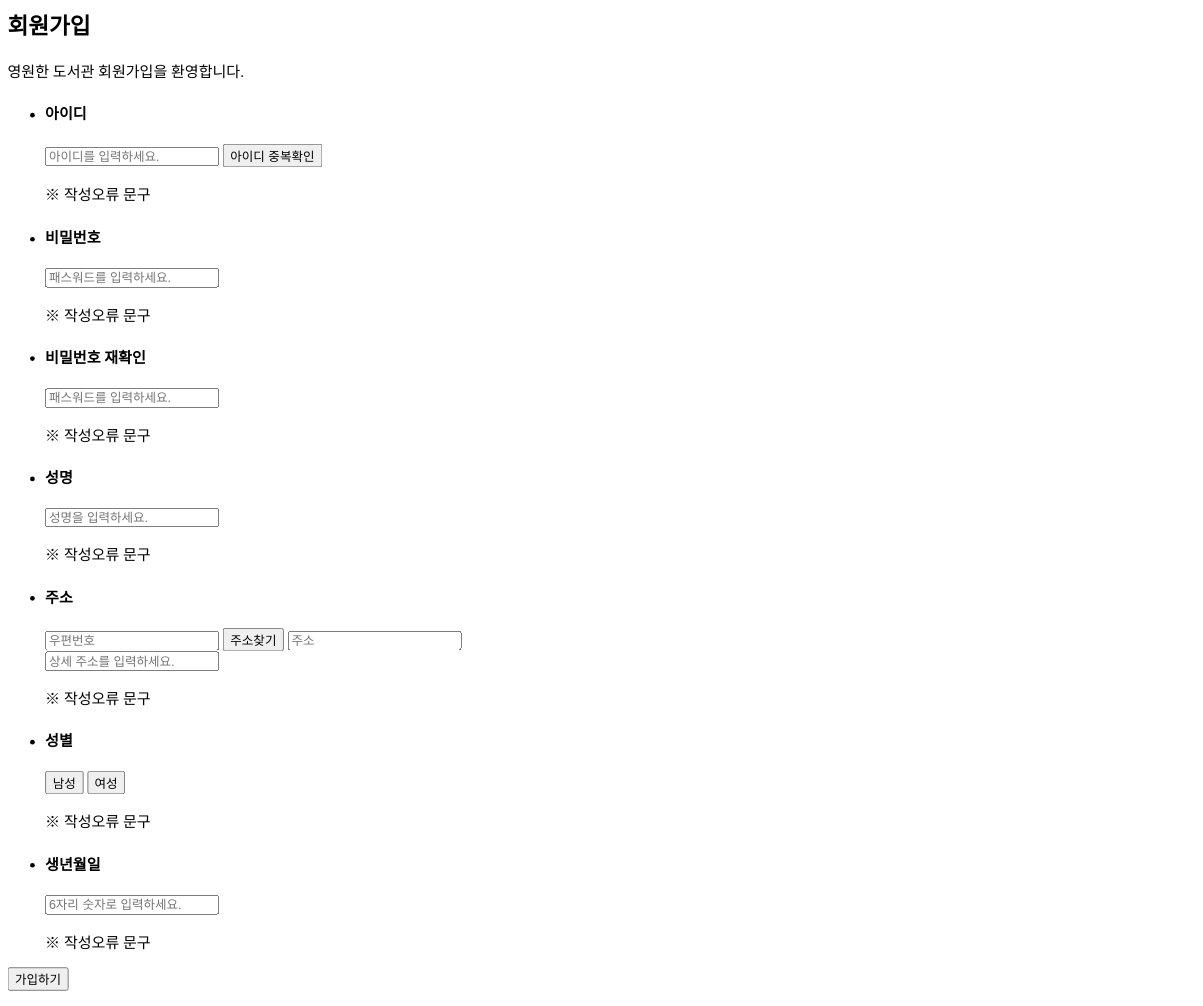
Repository: PacJ/spring_project
Page: http://localhost/spring_project/WEB-INF/views/user/signup.jsp
These files come from the project's save history. The page is drawn as it stood at one moment and after the next save; the edit follows.
The browser window is 1280 px wide. The pictures show the whole page, at 94% of full size.
The page is served by Tomcat 9. Nobody is signed in. Other server files are loaded and not shown. The template is opened directly, without the code that normally fills it, so the values that code supplies are empty.

Above is the page before, as saved 2023-03-08 05:21:22.
Console error: ReferenceError: $ is not defined

### spring_project/src/main/webapp/WEB-INF/views/user/signup.jsp
<%@ page language="java" contentType="text/html; charset=UTF-8"
    pageEncoding="UTF-8"%>
<script type="text/javascript">
$(document).ready(function(){

/*  	  $("#idCheck").click(function(){

	        let userId = $("#idCheckInput").val();

	        $.ajax({
	            type:'POST', //post 형식으로 controller 에 보내기위함!!
	            url:"/user/idCheck.do", // 컨트롤러로 가는 mapping 입력
	            data: {'userId':userId}, // 원하는 값을 중복확인하기위해서  JSON 형태로 DATA 전송
	            success: function(data){
	                if(data == "N"){
                	$('toggle').removeClass('on');
                	console.log("사용 가능");

	             }else{
	                 data="이미 사용중인 아이디입니다.";
	             	 $('toggle').addClass('on');
	             	 console.log("사용 불가");
	             }

	         },
	            error : function(error){alert(error);}
	        });

	    });  */

	    // 비밀번호 확인
	    $("input[name='userPw']").keyup(function() {
	    	if($("input[name='userPw']").val() != $("input[name='userPwCheck']").val()) {
	    		$('#pwCheck').addClass('on');
	    	} else {
	    		$('#pwCheck').removeClass('on');
	    	}
	    });

	    $("input[name='userPwCheck']").keyup(function() {
	    	if($("input[name='userPw']").val() != $("input[name='userPwCheck']").val()) {
	    		$('#pwCheck').addClass('on');
	    	} else {
	    		$('#pwCheck').removeClass('on');
	    	}
	    });

	function displayVals() {
		let postVal = $("#member_post").val();
		let addrVal = $("#member_addr").val();
		let extra = $("#extra").val();

		console.log(postVal);
		console.log(addrVal);
		console.log(extra);

		$("input[name='userAddress']").val(postVal + " " + addrVal + " " + extra);
	}


	$('#extra').keyup(function() {
		console.log($("#extra").val());
		displayVals();
	})
});
</script>
<!-- sign up -->
        <section class="sign_area">
            <article class="inner">
                <h2>회원가입</h2>
                <p>영원한 도서관 회원가입을 환영합니다.</p>
                <form class="signup_form" action="signup.do" method="post">
                    <ul>
                        <li class="id_input">
                            <h4>아이디</h4>
                            <input type="text" placeholder="아이디를 입력하세요." name="userId" id="idCheckInput"/>
                            <button type="button" id="idCheck">아이디 중복확인</button>
                            <p class="" id = "toggle">※ 작성오류 문구</p>
                        </li>
                        <li>
                            <h4>비밀번호</h4>
                            <input type="password" placeholder="패스워드를 입력하세요." name="userPw"/>
                            <p class="">※ 작성오류 문구</p>
                        </li>
                        <li>
                            <h4>비밀번호 재확인</h4>
                            <input type="password" placeholder="패스워드를 입력하세요." name="userPwCheck"/>
                            <p class="" id="pwCheck">※ 작성오류 문구</p>
                        </li>
                        <li>
                            <h4>성명</h4>
                            <input type="text" placeholder="성명을 입력하세요."  name="userName"/>
                            <p class="">※ 작성오류 문구</p>
                        </li>
                        <li class="addr_input">
                            <h4>주소</h4>

                            <input id="member_post" type="text" placeholder="우편번호" readonly>
                            <button class="addr_btn" type="button">주소찾기</button>
                            <input id="member_addr" type="text" placeholder="주소" readonly> <br>
                            <input type="text" id="extra" placeholder="상세 주소를 입력하세요.">
                            <input type="hidden" name=userAddress>
                            <p class="">※ 작성오류 문구</p>
                        </li>
                        <li class="sex_input">
                            <h4>성별</h4>
                            <input type="hidden" name="userSex" value="남성" />
                            <button type="button" class="radio_btn active">남성</button>
                            <button type="button" class="radio_btn">여성</button>

                            <p class="">※ 작성오류 문구</p>
                        </li>
                        <li>
                            <h4>생년월일</h4>
                            <input type="text" placeholder="6자리 숫자로 입력하세요." name=""/>
                            <p class="">※ 작성오류 문구</p>
                        </li>
                    </ul>
                    <button type="submit">가입하기</button>
                </form>
            </article>
        </section>

After the next save:
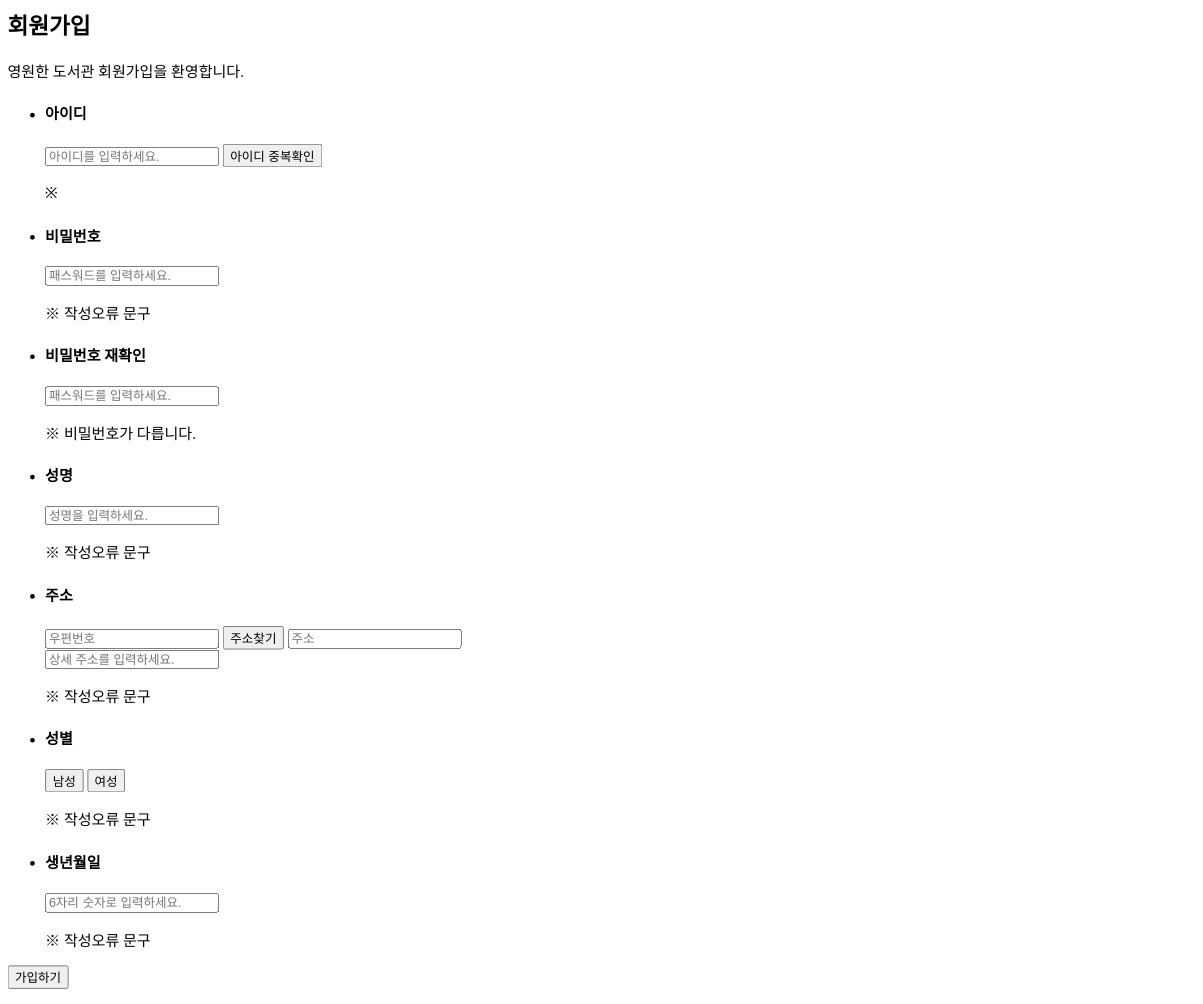
Saved 2 min 52 s later.
--- a/spring_project/src/main/webapp/WEB-INF/views/user/signup.jsp
+++ b/spring_project/src/main/webapp/WEB-INF/views/user/signup.jsp
@@ -75,7 +75,7 @@
                             <h4>아이디</h4>
                             <input type="text" placeholder="아이디를 입력하세요." name="userId" id="idCheckInput"/>
                             <button type="button" id="idCheck">아이디 중복확인</button>
-                            <p class="" id = "toggle">※ 작성오류 문구</p>
+                            <p class="" id = "toggle">※ </p>
                         </li>
                         <li>
                             <h4>비밀번호</h4>
@@ -85,7 +85,7 @@
                         <li>
                             <h4>비밀번호 재확인</h4>
                             <input type="password" placeholder="패스워드를 입력하세요." name="userPwCheck"/>
-                            <p class="" id="pwCheck">※ 작성오류 문구</p>
+                            <p class="" id="pwCheck">※ 비밀번호가 다릅니다.</p>
                         </li>
                         <li>
                             <h4>성명</h4>
